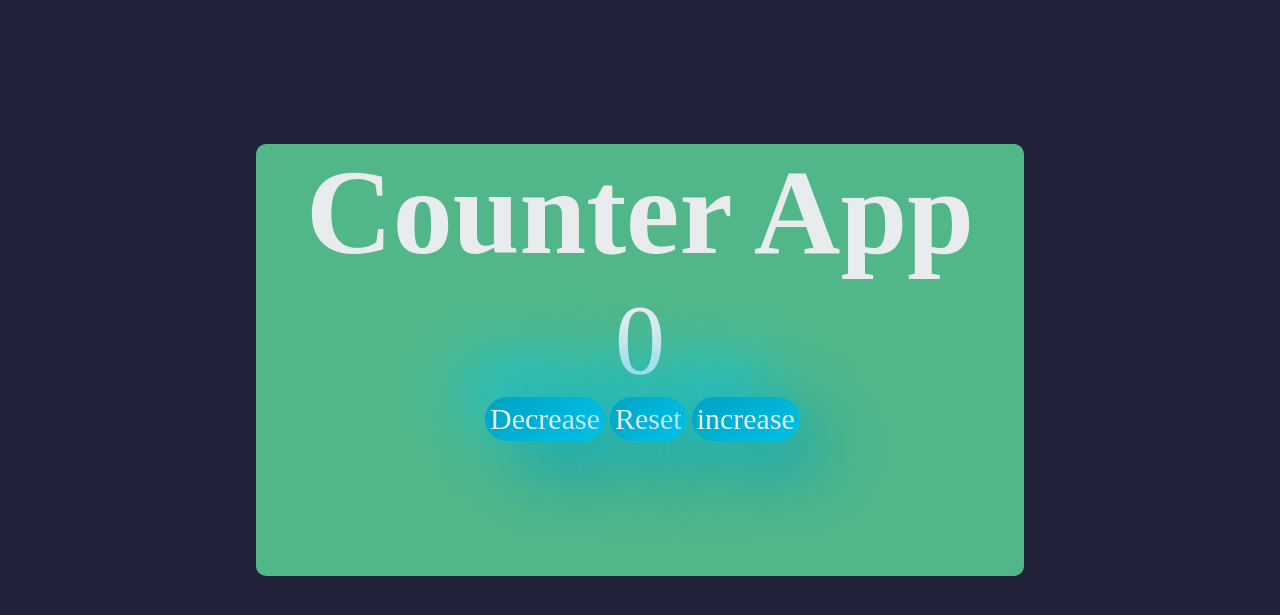
Repository: Yuukicoder/basicProject
Page: project2.html
An editor plug-in stored every save of this project. The page is shown before and after the next save, followed by the edit.
The browser window is 1280 px wide. The pictures show the whole page.
Some web fonts or font styles are not loaded; a fallback is used.

Above is the page before, as saved 2023-02-24 22:18:17.

### project2.html
<!DOCTYPE html>
<html lang="en">
  <head>
    <meta charset="UTF-8" />
    <meta http-equiv="X-UA-Compatible" content="IE=edge" />
    <meta name="viewport" content="width=device-width, initial-scale=1.0" />
    <title>Counter App</title>
    <link
      rel="shortcut icon"
      href="assets/Image/project2.png"
      type="image/x-icon"
    />
    <link rel="stylesheet" href="assets/css/project2.css" />
  </head>
  <body>
    <section class="box">
      <h1>Counter App</h1>
      <p class="counter-preview">0</p>
      <div class="buttons" id="allBtns">
        <button class="decrement" id="decrement">Decrease</button>
        <button class="reset" id="reset">Reset</button>
        <button class="increment" id="increment">increase</button>
      </div>
    </section>
    <script src="assets/js/project2.js"></script>
  </body>
</html>

### assets/css/project2.css
@import url("https://fonts.googleapis.com/css2?family=Arima:wght@100;200;300;400;500;700&display=swap");
* {
  margin: 0;
  padding: 0;
  box-sizing: border-box;
  /* border: 1px solid black; */
}
:root {
  --button: #00b4d8;
  --text: #e9ecef;
}
body {
  background-color: #22223b;
  height: 100vh;
  width: 100vw;
  display: flex;
  align-items: center;
  justify-content: center;
}
.box {
  width: 60%;
  height: 60%;
  background-color: #52b788;
  border-radius: 10px;
}
h1,
p {
  color: var(--text);
  text-shadow: ;
}
h1 {
  font-family: Arima;
  font-size: 120px;
  text-align: center;
}
p {
  display: block;
  font-size: 100px;
  text-align: center;
}
.buttons {
  display: flex;
  align-items: center;
  justify-content: center;
}
button {
  background-color: var(--button);
  color: var(--text);
  font-family: Arima;
  font-size: 30px;
  border: none;
  border-radius: 10px;
  padding: 5px 5px;
  margin-left: 5px;
  border-radius: 32px;
  background: linear-gradient(145deg, #00a2c2, #00c1e7);
  box-shadow: 27px 27px 73px #00a0c0, -27px -27px 73px #00c8f0;
}

### assets/js/project2.js
const display = document.querySelector('.counter-preview');
const allBtns = document.querySelector('#allBtns');
allBtns.addEventListener('click',counter);
var value = 0;
function counter(x) {
    const btn = x.target.id;
    if(btn === 'increment'){
        value += 1;
    }
    else if(btn === 'decrement'){
        value -= 1;
    }
    else value = 0;
    display.textContent = value;
}

After the next save:
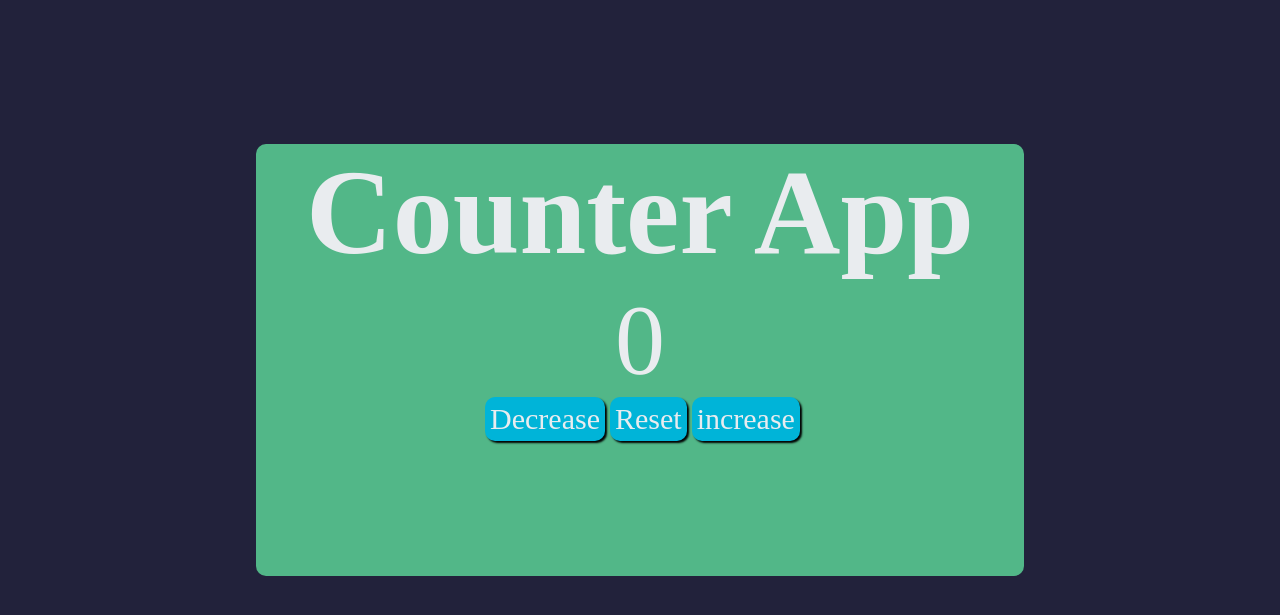
Saved 20 s later.
--- a/assets/css/project2.css
+++ b/assets/css/project2.css
@@ -52,7 +52,5 @@ button {
   border-radius: 10px;
   padding: 5px 5px;
   margin-left: 5px;
-  border-radius: 32px;
-  background: linear-gradient(145deg, #00a2c2, #00c1e7);
-  box-shadow: 27px 27px 73px #00a0c0, -27px -27px 73px #00c8f0;
+  box-shadow: 2px 2px 2px black;
 }
